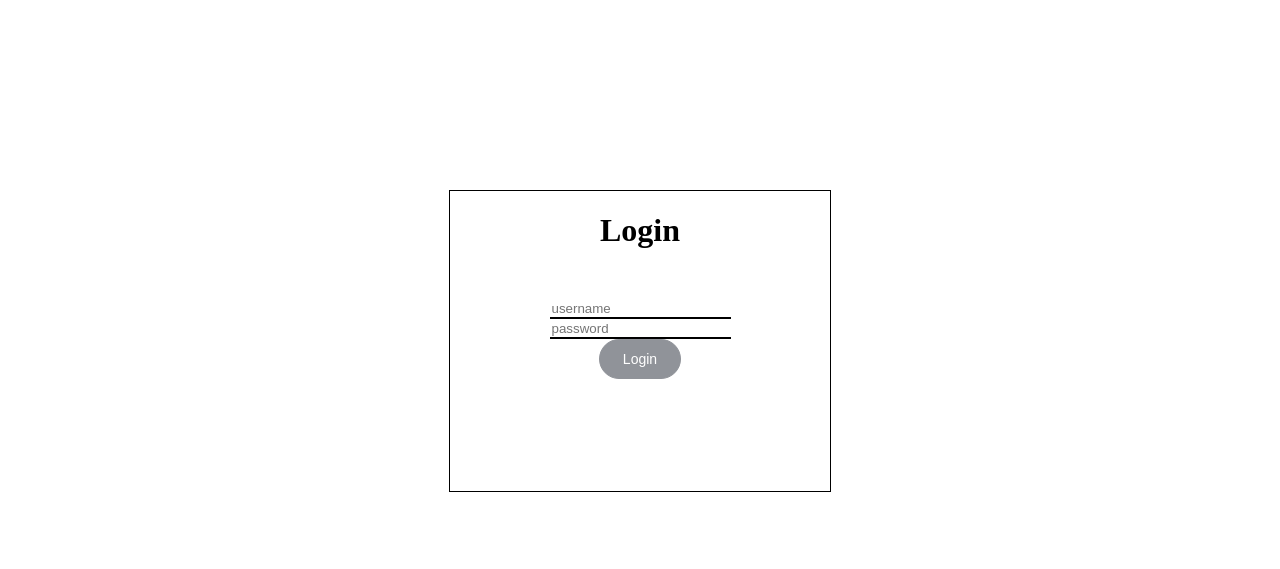
Repository: 951713487/net_shopping
Page: /
These files come from the project's save history. The page is drawn as it stood at one moment and after the next save; the edit follows.
The browser window is 1280 px wide. The pictures show the whole page.
The project was rebuilt for these pictures with package versions that can differ from the ones it lists, and the page was loaded fresh each time.

Above is the page before, as saved 2020-03-17 14:33:36.

After the next save:
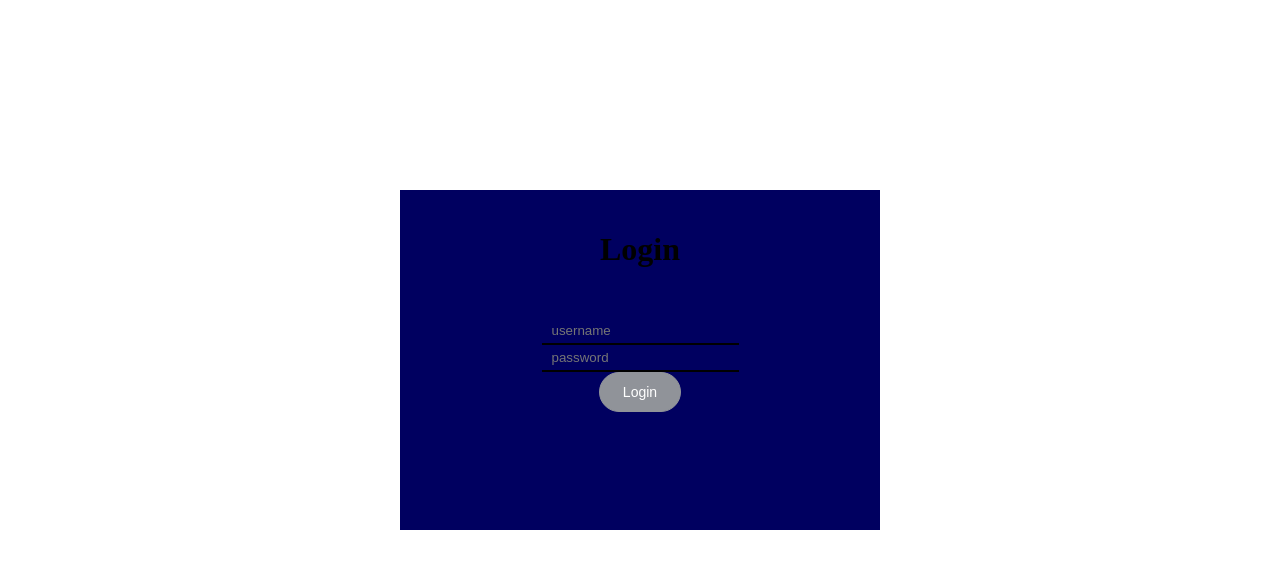
Saved 114 s later.
--- a/src/components/Login.vue
+++ b/src/components/Login.vue
@@ -23,10 +23,12 @@ export default {};
 #login_box {
   width: 30%;
   height: 300px;
-  border: 1px solid #000;
+  border: 1px #000;
   margin: 0 auto;
   margin-top: 15%;
   text-align: center;
+  background-color: #000060;
+  padding: 20px 50px;
 }
 
 #login_box .form{
@@ -37,5 +39,7 @@ export default {};
 #login_box .form .item input{
     border: 0;
     border-bottom: 2px solid #000;
+    padding: 5px 10px;
+    background: #ffffff00;
 }
 </style>
